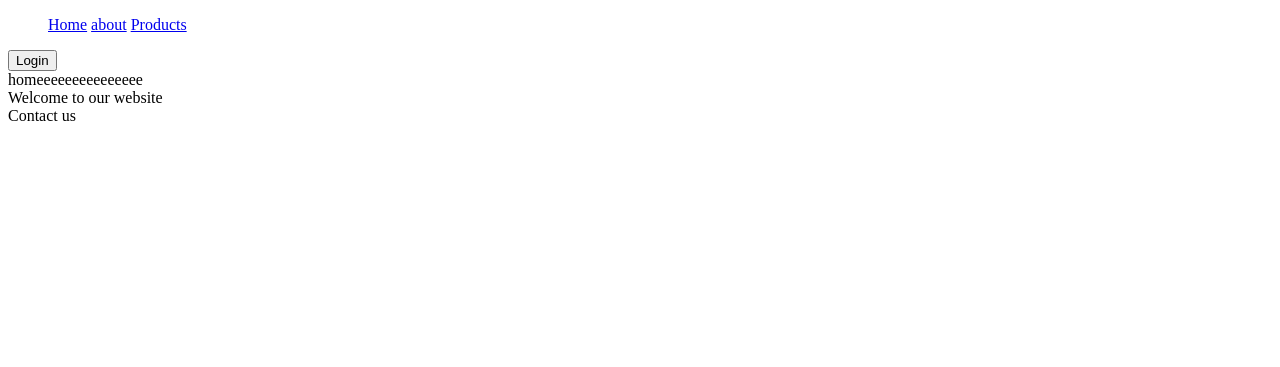
Repository: Sanaa00/svelte-test
Page: /
The author's editor kept a copy of each file at every save. The page is drawn from the files as they stood at one save, then again after a run of saves.
The browser window is 1280 px wide. The pictures show the whole page.
The project was rebuilt for these pictures with package versions that can differ from the ones it lists, and the page was loaded fresh each time. The framework's server and built-in components were replaced by stand-ins that run in the browser. Also part of the build but not shown: svelte.config.js, vite.config.js.

Above is the page before, as saved 2024-12-08 20:05:12.

### src/routes/+layout.svelte
<script>
	import Navbar from '../component/Navbar.svelte';
	import Footer from '../component/Footer.svelte';
</script>

<Navbar />
<slot />
<Footer />

### src/routes/+page.svelte
homeeeeeeeeeeeeeee

### src/component/Navbar.svelte
<script>
</script>

<nav class="flex h-16 w-full items-center justify-between bg-cyan-800 px-60">
	<ul class="flex">
		<a href="/" class="px-4 font-semibold text-gray-50">Home</a>
		<a href="/About" class="px-4 font-semibold text-gray-50">about</a>
		<a href="/Product" class="px-4 font-semibold text-gray-50">Products</a>
	</ul>
	<button
		class="rounded-sm bg-gray-50 px-4 py-1 font-semibold text-cyan-800
           ">Login</button
	>
</nav>

### src/component/Footer.svelte
<script>
</script>

<main class="flex h-60 justify-between bg-cyan-800 px-60">
	<div>Welcome to our website</div>

	<div>Contact us</div>
</main>

### tailwind.config.js
import containerQueries from '@tailwindcss/container-queries';
import forms from '@tailwindcss/forms';
import typography from '@tailwindcss/typography';

/** @type {import('tailwindcss').Config} */
export default {
	content: ['./src/**/*.{html,js,svelte,ts}'],

	theme: {
		extend: {}
	},

	plugins: [typography, forms, containerQueries]
};

Loaded but not shown: src/app.html (common file); src/app.css (common file)

After the next 5 saves:
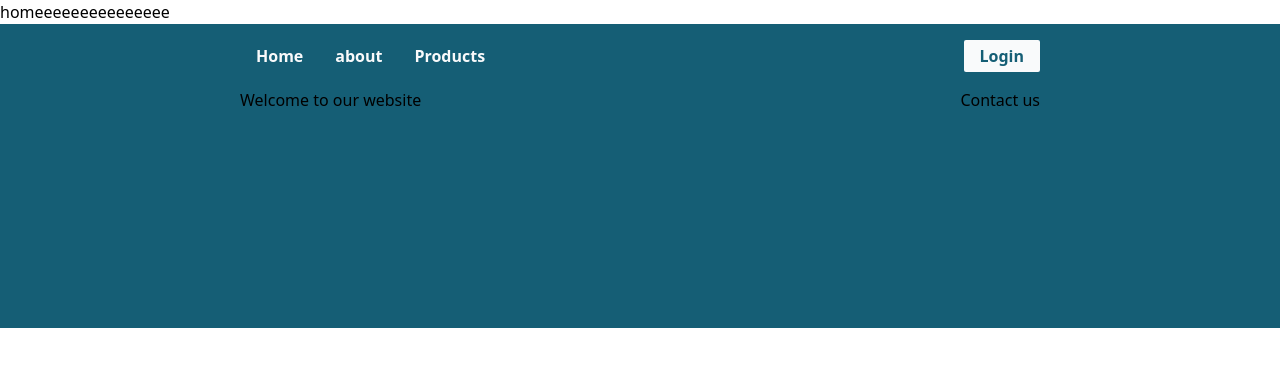
The 5 saves are shown as one change because 4 did not build or start.
The last was saved 100 s later.
--- a/src/routes/+layout.svelte
+++ b/src/routes/+layout.svelte
@@ -1,8 +1,12 @@
 <script>
+	import '../app.css';
+	let { children } = $props();
+
+	import Footer from '../component/Footer.svelte';
 	import Navbar from '../component/Navbar.svelte';
-	import Footer from '../component/Footer.svelte';
 </script>
 
+{@render children()}
 <Navbar />
-<slot />
+
 <Footer />
